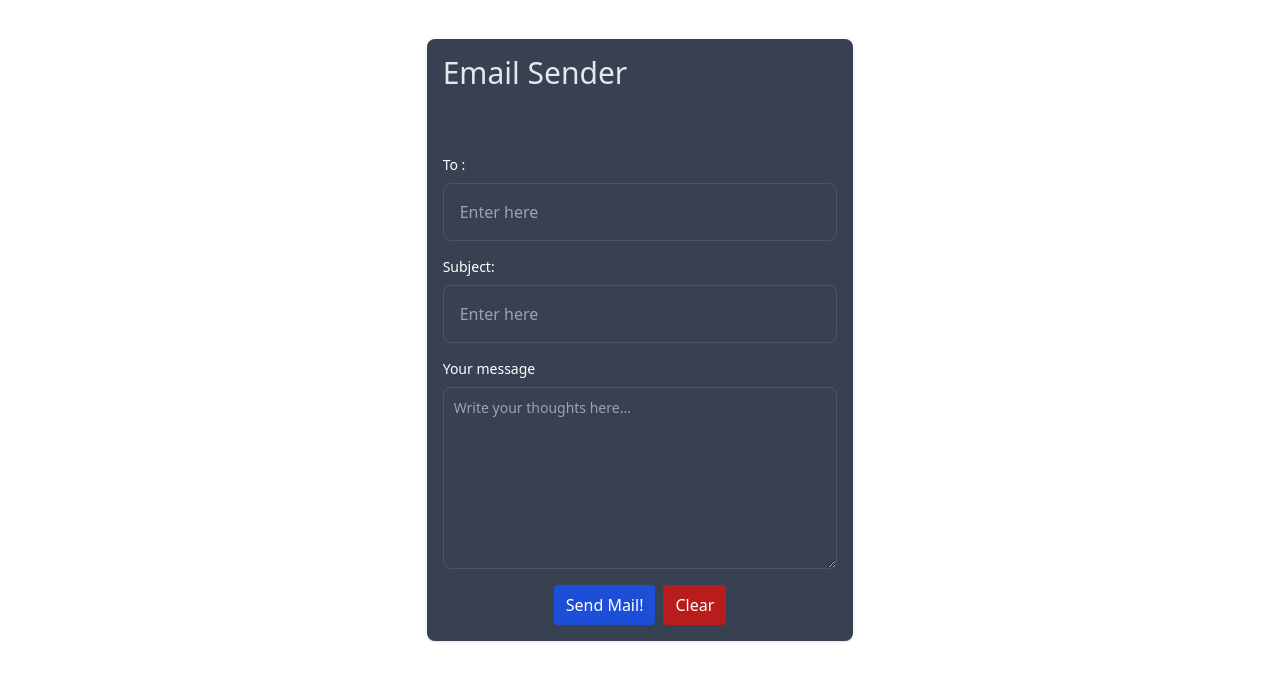
Repository: vikas-1234/EmailReactProject
Page: / (app in email-sender/)
These files come from the project's save history. The page is drawn as it stood at one moment and after the next save; the edit follows.
The browser window is 1280 px wide. The pictures show the whole page.
The project was rebuilt for these pictures with package versions that can differ from the ones it lists, and the page was loaded fresh each time. Also part of the build but not shown: email-sender/vite.config.js, email-sender/src/App.css.

Above is the page before, as saved 2024-04-21 12:20:23.

After the next save:
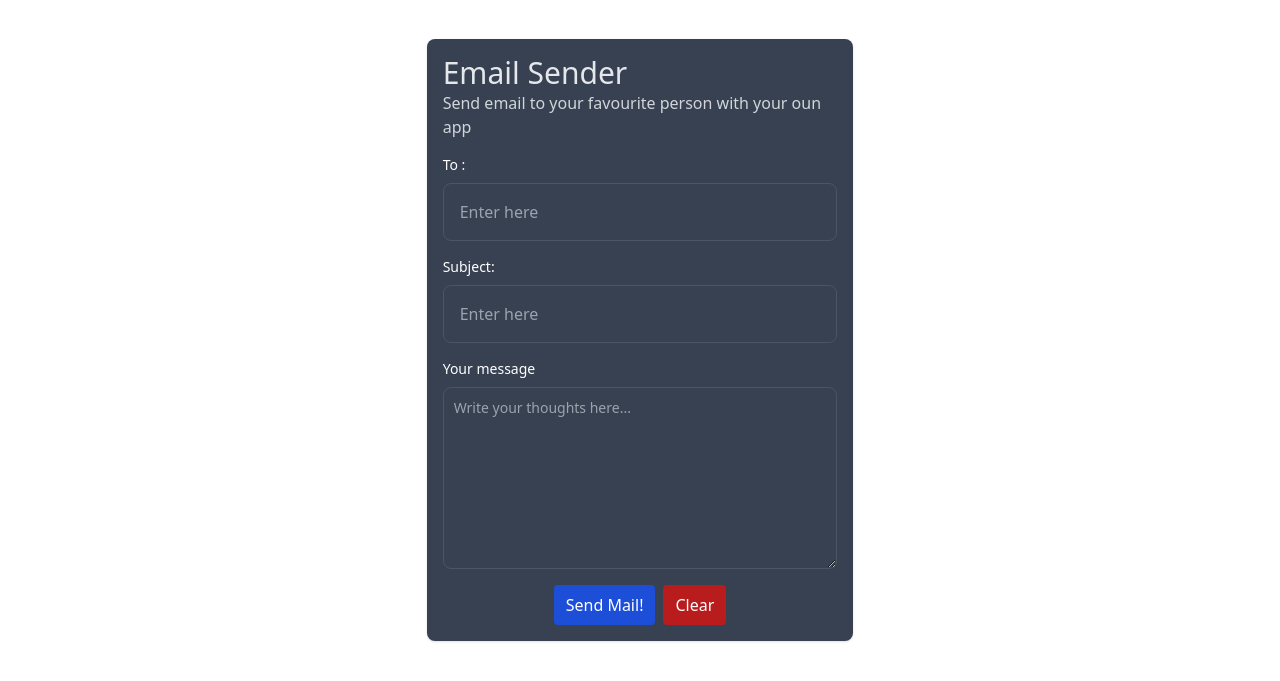
Saved 33 s later.
--- a/email-sender/src/components/EmailSender.jsx
+++ b/email-sender/src/components/EmailSender.jsx
@@ -52,7 +52,7 @@ function EmailSender() {
     <div className="w-full min-h-screen flex justify-center items-center">
       <div className="email_card md:w-1/3 w-full -mt-10 mx-4 md:mx-0 dark:bg-gray-700 dark:text-white dark:border-none  bg-white p-4 border rounded-lg shadow">
         <h1 className="text-gray-900  dark:text-gray-200    text-3xl">Email Sender</h1>
-        <p className="text-gray-700">
+        <p className="text-gray-700 dark:text-gray-300">
           {" "}
           Send email to your favourite person with your oun app{" "}
         </p>
